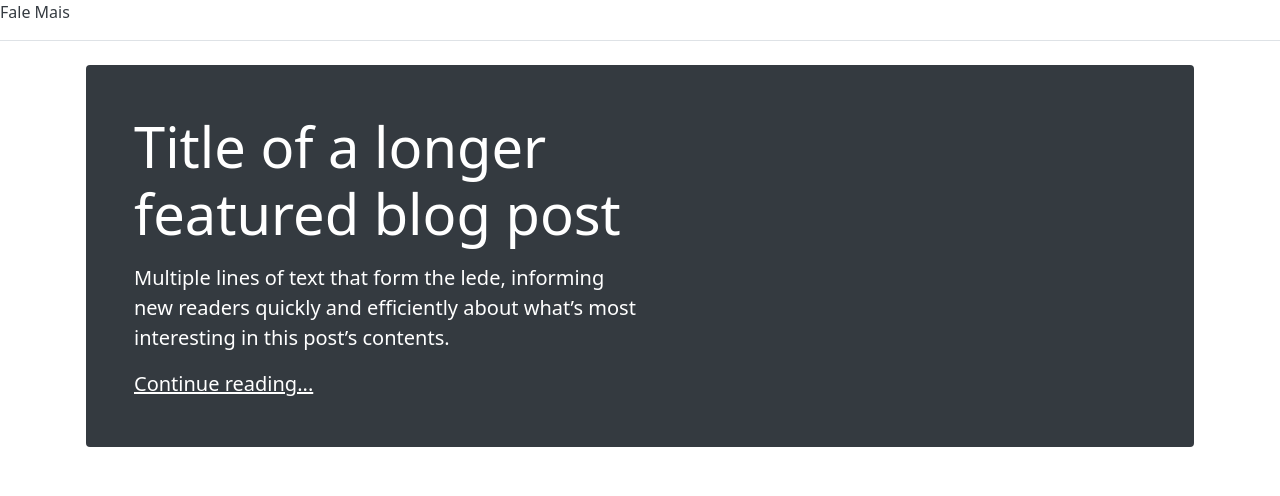
Repository: JuniorMagalhaesDeAlcantara/Fale-Mais
Page: src/resource/index.html
These files come from the project's save history. The page is drawn as it stood at one moment and after the next save; the edit follows.
The browser window is 1280 px wide. The pictures show the whole page.

Above is the page before, as saved 2022-08-02 14:20:10.

After the next save:
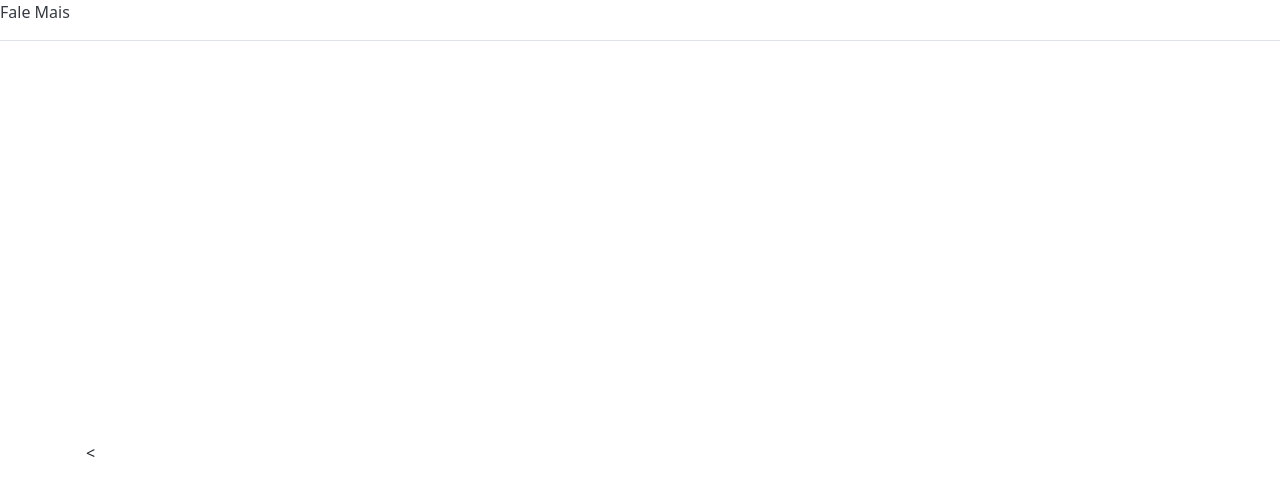
Saved 111 s later.
--- a/src/resource/index.html
+++ b/src/resource/index.html
@@ -17,14 +17,13 @@
         </div>
       </header>
       <main class="container">
-        <div class="p-4 p-md-5 mb-4 text-white rounded bg-dark">
+        <div class="p-4 p-md-5 mb-4 text-white bg-image">
           <div class="col-md-6 px-0">
             <h1 class="display-4 fst-italic">Title of a longer featured blog post</h1>
             <p class="lead my-3">Multiple lines of text that form the lede, informing new readers quickly and efficiently about what’s most interesting in this post’s contents.</p>
-            <p class="lead mb-0"><a href="../resource/img/telefone.jpg" class="text-white fw-bold">Continue reading...</a></p>
-          </div>
+         </div>
         </div>
-      </main>
+      <
 
 
 </body>
